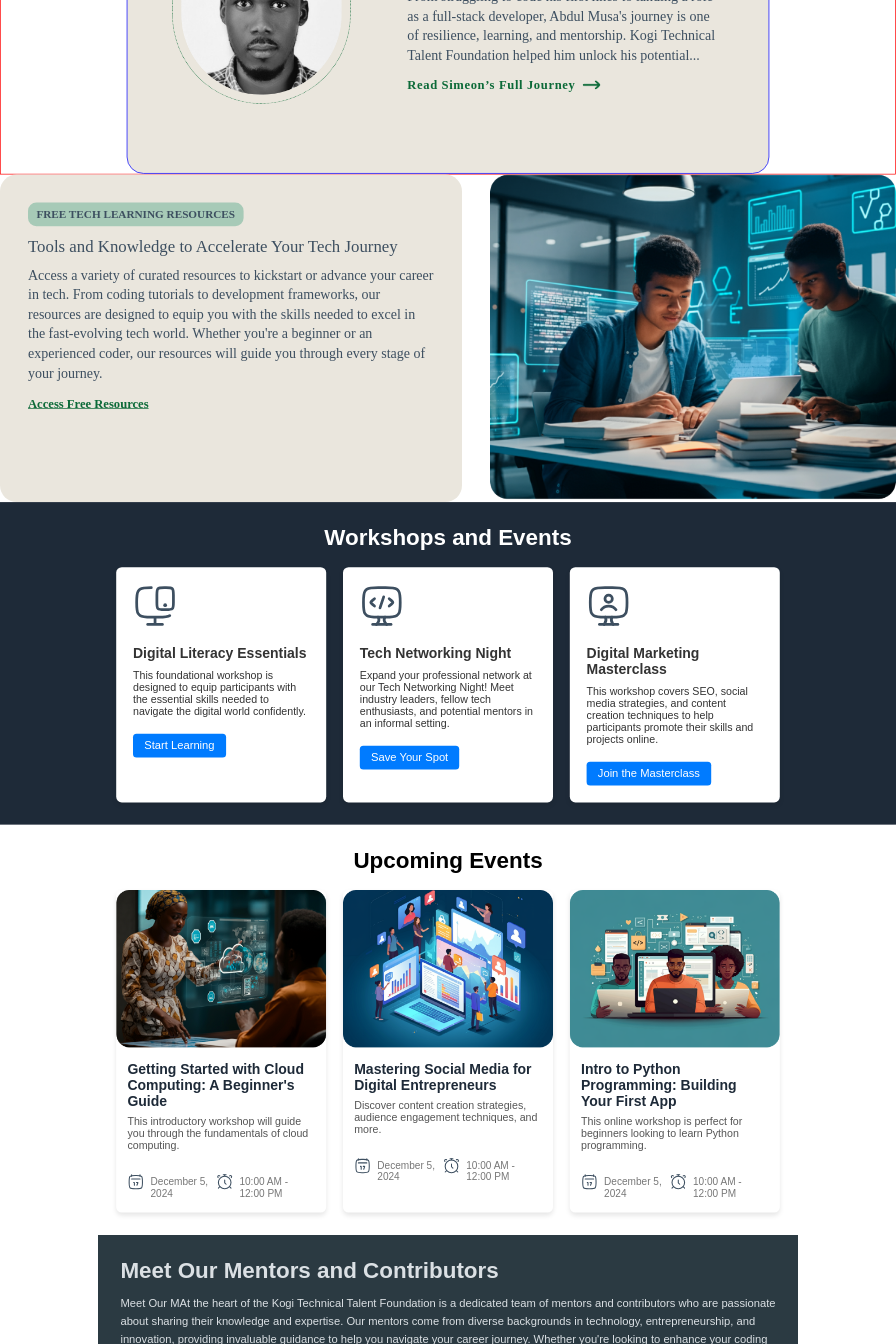
Repository: Cryptim/3MTT-Kogi-Foundation
Page: index.html
The author's editor kept a copy of each file at every save. The page is drawn from the files as they stood at one save, then again after a run of saves.
The browser window is 1280 px wide. The pictures show the part of the page from y = 825 to 2745 px (the page is 7211 px tall before and 7212 px after), at 70% of full size.

Above is the page before, as saved 2024-11-15 02:26:44.

After the next 2 saves:
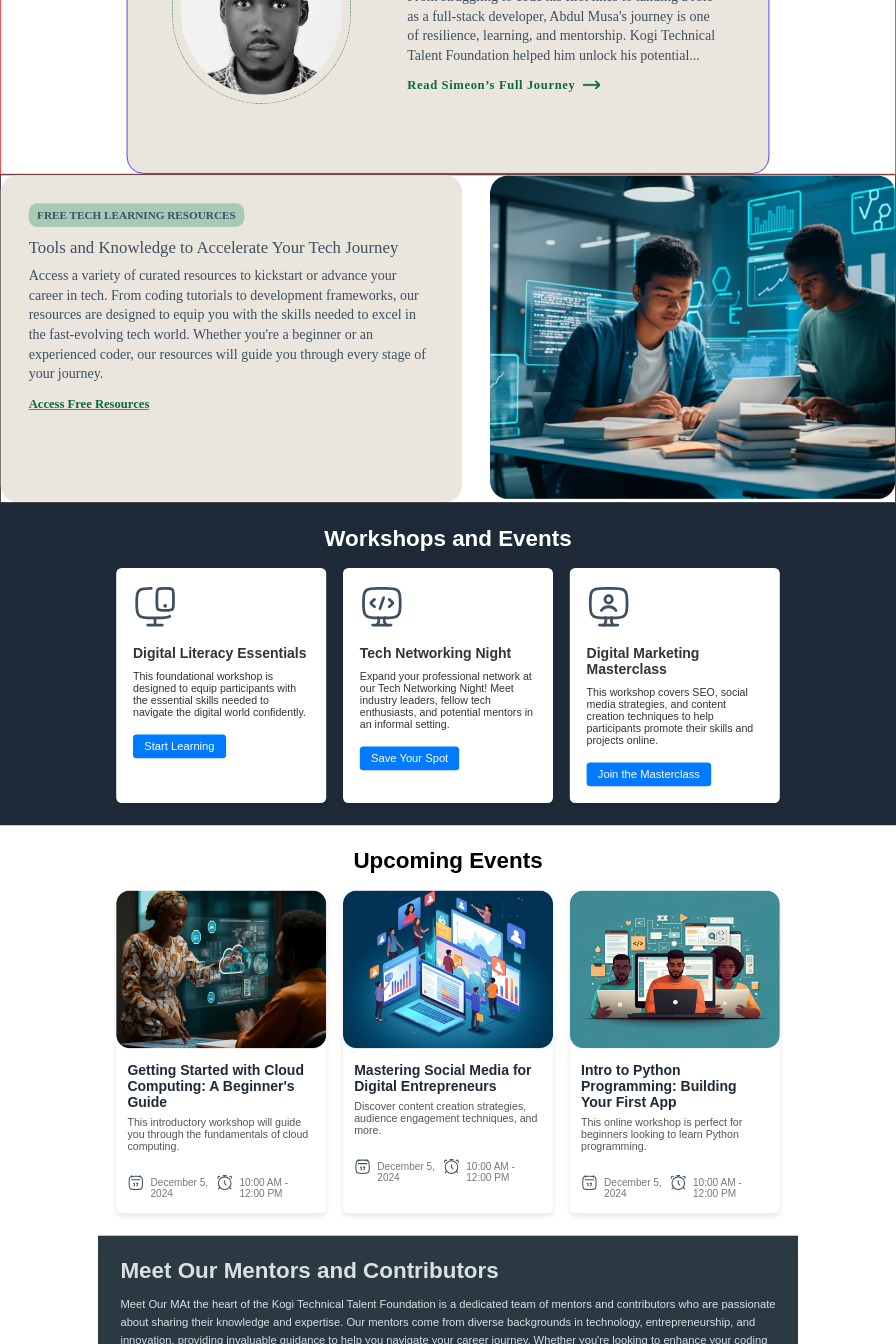
The 2 saves are shown as one change because they came seconds apart.
The last was saved 7 s later.
--- a/index.html
+++ b/index.html
@@ -91,7 +91,7 @@
       </div>
     </div>
     <!-- Free Tech Learning Resources Section -->
-    <div  class="freeTechSection"  style="display: flex; gap: 40px ;border: ;">
+    <div  class="freeTechSection"  style="display: flex; gap: 40px ;border: 1px solid black;">
       <div
         style="flex: 1; padding: 40px; background: #eae6dd; border-radius: 24px"
       >
